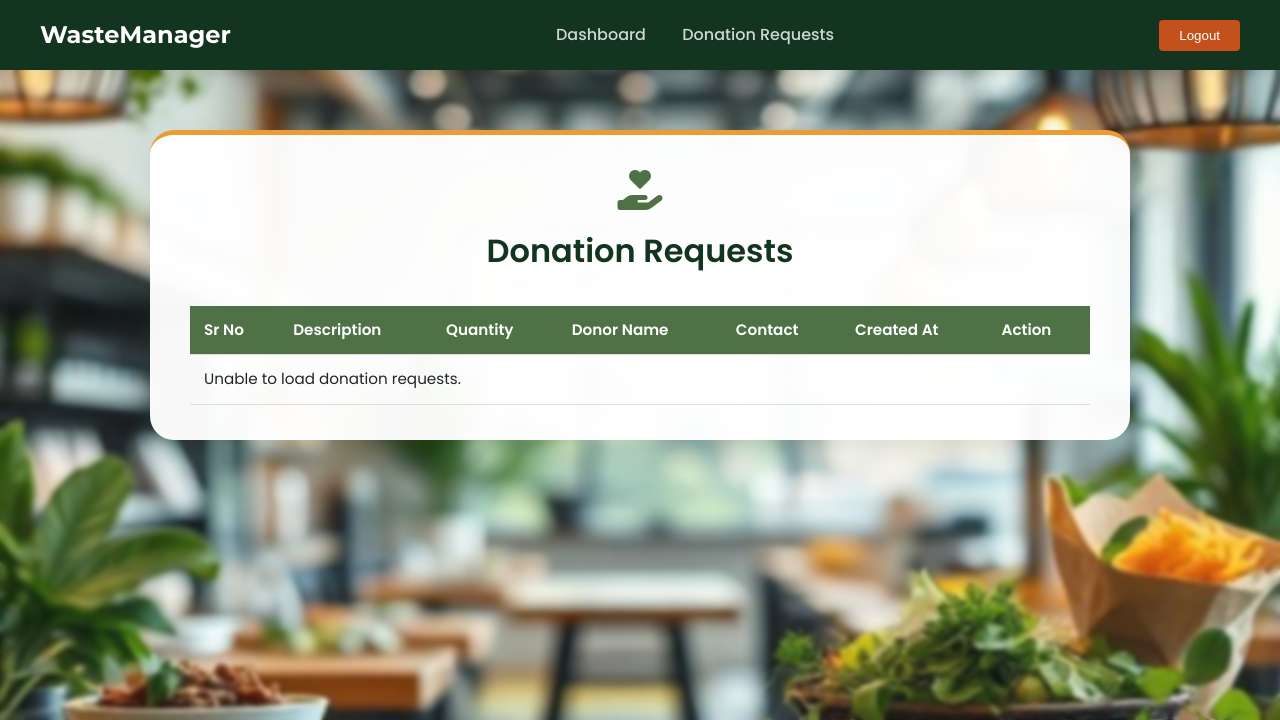
Repository: mahekagrawal25/restaurant-waste-management
Page: frontend/donation-requests.html
These files come from the project's save history. The page is drawn as it stood at one moment and after the next save; the edit follows.
The browser window is 1280 px wide. The pictures show the whole page.
The page's requests for data from a server got no answer.

Above is the page before, as saved 2025-04-26 13:01:22.
Console error: TypeError: Cannot read properties of null (reading 'getElementsByTagName')

After the next save:
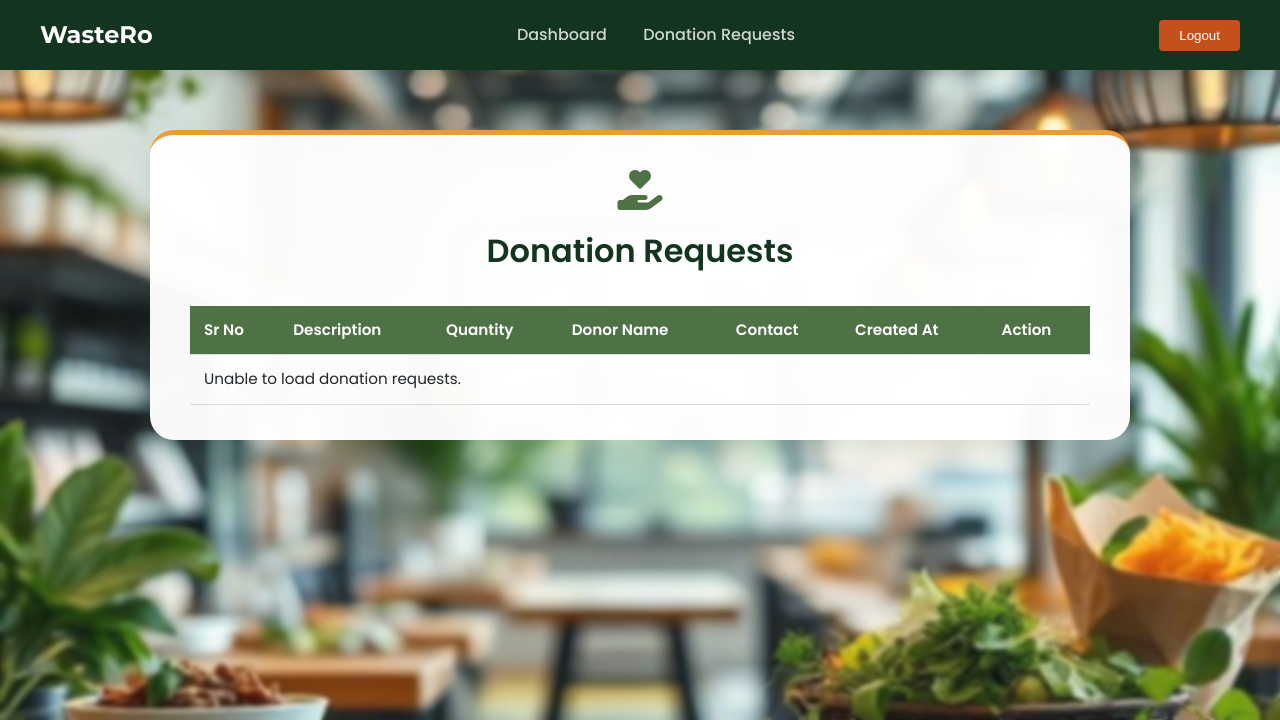
Saved 9 s later.
--- a/frontend/donation-requests.html
+++ b/frontend/donation-requests.html
@@ -3,7 +3,7 @@
 <head>
   <meta charset="UTF-8" />
   <meta name="viewport" content="width=device-width, initial-scale=1.0"/>
-  <title>Donation Requests | WasteManager</title>
+  <title>Donation Requests | WasteRo</title>
   <link rel="stylesheet" href="ngostyle.css"/>
   <link rel="stylesheet" href="https://cdnjs.cloudflare.com/ajax/libs/font-awesome/6.4.0/css/all.min.css"/>
   <link href="https://fonts.googleapis.com/css2?family=Poppins:wght@400;500;600&family=Montserrat:wght@700&display=swap" rel="stylesheet"/>
@@ -110,7 +110,7 @@
 <body>
   <header class="navbar">
     <div class="nav-container">
-      <div class="logo">WasteManager</div>
+      <div class="logo">WasteRo</div>
       <nav>
         <a href="ngo_dashboard.html">Dashboard</a>
         <a href="donations-request.html" class="active">Donation Requests</a>
@@ -146,7 +146,7 @@
   </div>
 
   <footer class="footer">
-    <p>&copy; 2025 WasteManager | All rights reserved</p>
+    <p>&copy; 2025 WasteRo | All rights reserved</p>
   </footer>
 
   <script src="script.js"></script>
